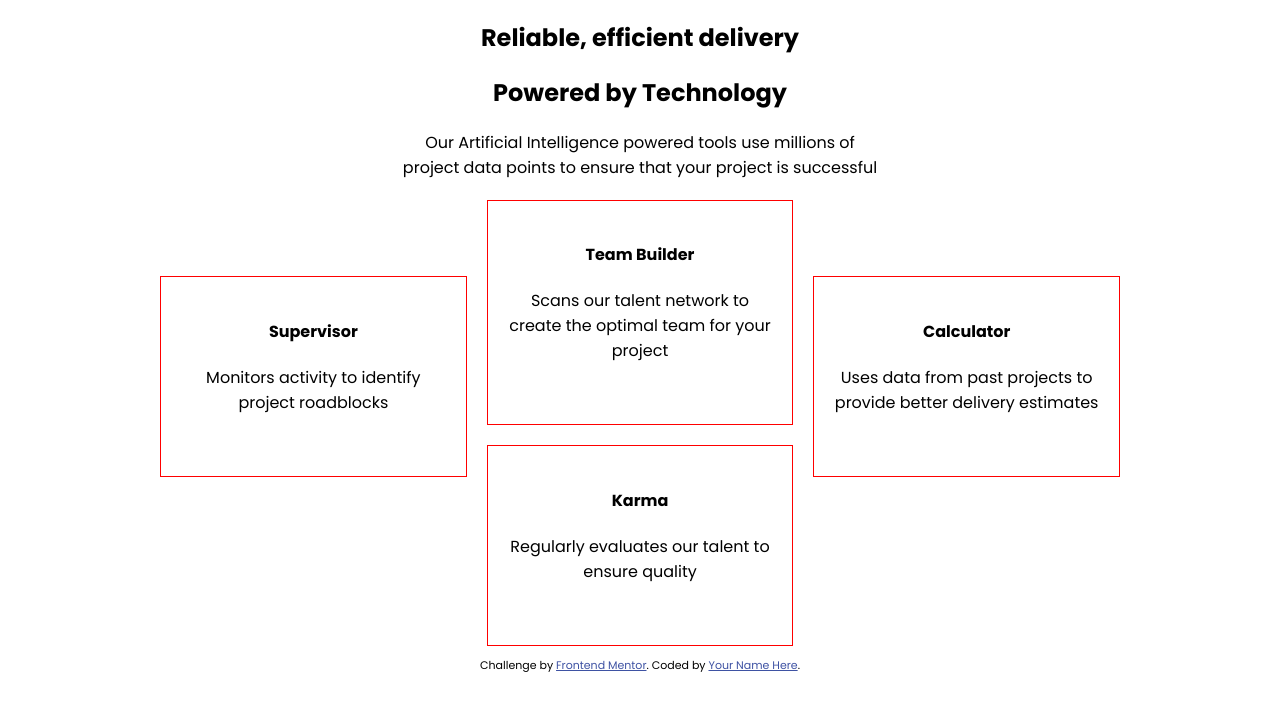
Repository: BuduCE/four-card-feature-section-master
Page: index.html
These files come from the project's save history. The page is drawn as it stood at one moment and after a run of saves; the edit follows.
The browser window is 1280 px wide. The pictures show the whole page.

Above is the page before, as saved 2023-06-01 22:24:50.

### index.html
<!DOCTYPE html>
<html lang="en">
<head>
  <meta charset="UTF-8">
  <meta name="viewport" content="width=device-width, initial-scale=1.0"> <!-- displays site properly based on user's device -->

  <link rel="icon" type="image/png" sizes="32x32" href="./images/favicon-32x32.png">

  <title>Frontend Mentor | Four card feature section</title>

  <link rel="stylesheet" href="styles.css">
  <!-- Gogle font family -->
  <link rel="preconnect" href="https://fonts.googleapis.com">
  <link rel="preconnect" href="https://fonts.gstatic.com" crossorigin>
  <link
    href="https://fonts.googleapis.com/css2?family=Montserrat:ital,wght@0,200;0,300;0,400;0,500;0,600;0,700;0,800;0,900;1,200;1,300;1,400;1,500;1,600;1,700;1,800;1,900&family=Poppins:wght@100;200;300;400;500;700;900&display=swap"
    rel="stylesheet">
</head>
<body>
  <h2>Reliable, efficient delivery</h2>
  <h2>Powered by Technology</h2>

  <p class="header_detail">Our Artificial Intelligence powered tools use millions of project data points
  to ensure that your project is successful</p>

  <div class="product_card">
    <div class="card_containers">
      <div class="card specialX">
        <h4>Supervisor</h4>
        <p>Monitors activity to identify project roadblocks</p>
        <img src="" alt="">
      </div>
    </div>

    <div class="card_containers special">
      <div class="card">
        <h4>Team Builder</h4>
        <p>Scans our talent network to create the optimal team for your project</p>
        <img src="" alt="">
      </div>

      <div class="card">
        <h4>Karma</h4>
        <p>Regularly evaluates our talent to ensure quality</p>
        <img src="" alt="">
      </div>
    </div>

    <div class="card_containers">
      <div class="card specialX">
        <h4>Calculator</h4>
        <p>Uses data from past projects to provide better delivery estimates</p>
        <img src="" alt="">
      </div>
    </div>
  </div>

  <footer>
    <p class="attribution">
      Challenge by <a href="https://www.frontendmentor.io?ref=challenge" target="_blank">Frontend Mentor</a>.
      Coded by <a href="#">Your Name Here</a>.
    </p>
  </footer>
</body>
</html>

### styles.css
.attribution {
    font-size: 11px;
    text-align: center;
}

.attribution a {
    color: hsl(228, 45%, 44%);
}

body {
    font-family: 'Poppins', sans-serif;
    text-align: center;
    width: 75%;
    margin: auto;
}
.header_detail{
    width: 50%;
    margin: auto;
}
.product_card{
    display: grid;
    grid-template-columns: 1fr 1fr 1fr;
    /* display: flex;
    align-items: center; */
    gap: 20px;
    width: 100%;
    margin: auto;
    margin-top: 20px;
}
.card{
    padding: 20px;
    border: 1px solid red;
    w
}
.specialX{
    margin-top: 25%;
}
.special{
    display: flex;
    flex-direction: column;
    gap: 20px;
}

After the next 3 saves:
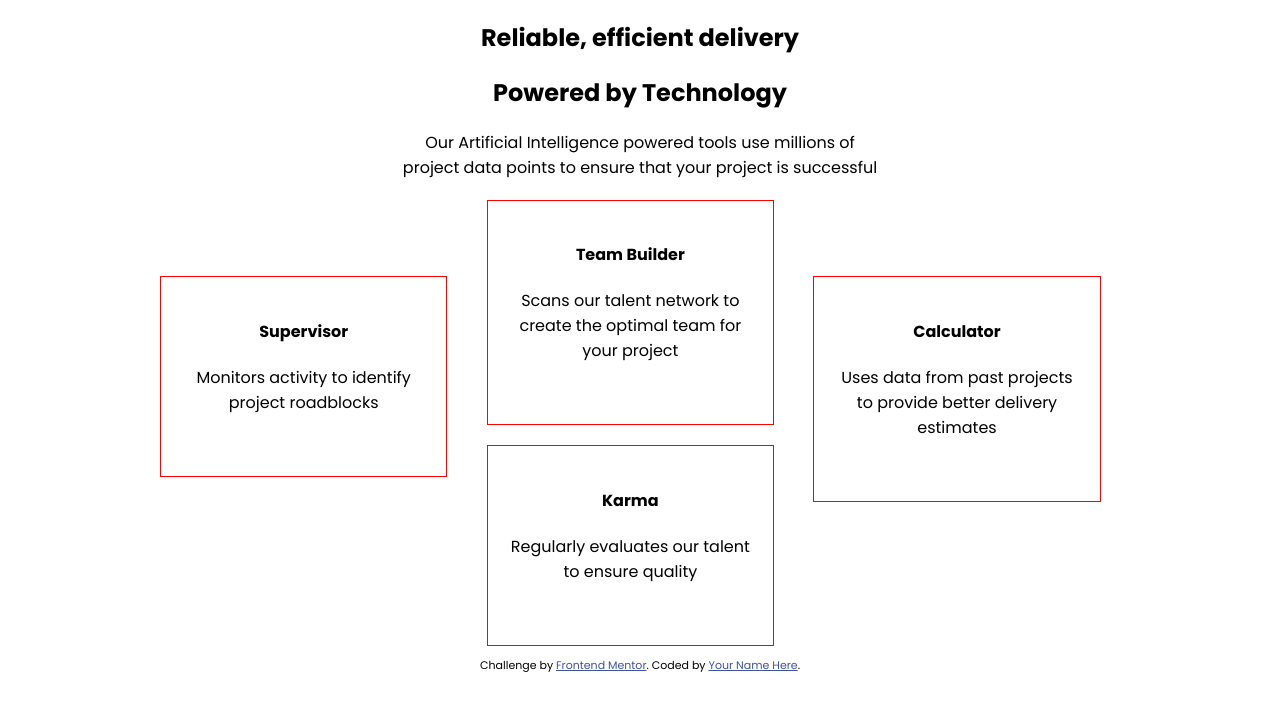
The 3 saves are shown as one change because they came seconds apart.
The last was saved 6 s later.
--- a/styles.css
+++ b/styles.css
@@ -30,7 +30,8 @@ body {
 .card{
     padding: 20px;
     border: 1px solid red;
-    w
+    width: 80%;
+
 }
 .specialX{
     margin-top: 25%;
